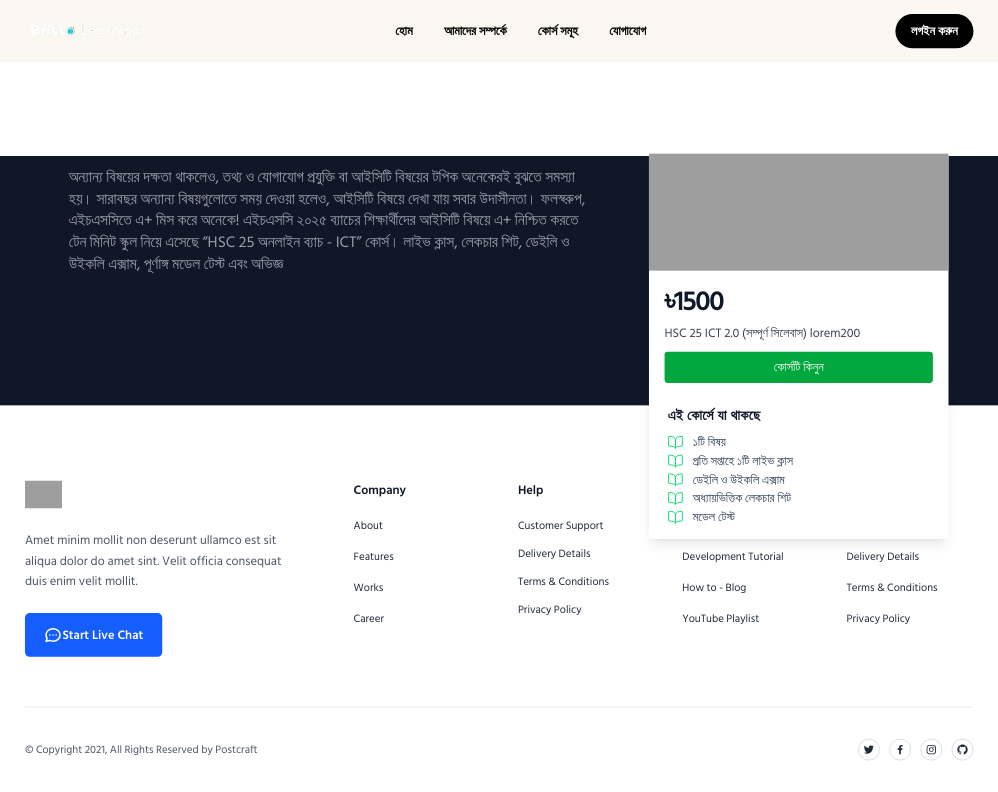
Repository: Ruddro420/course-selling
Page: /single-course
The author's editor kept a copy of each file at every save. The page is drawn from the files as they stood at one save, then again after the next save.
The browser window is 1280 px wide. The pictures show the whole page, at 78% of full size.
Pictures or frames that could not be fetched are drawn as grey boxes. The project was rebuilt for these pictures with package versions that can differ from the ones it lists, and the page was loaded fresh each time. Also part of the build but not shown: vite.config.js, src/components/AboutSection.jsx, src/components/ContactSection.jsx, src/components/CourseSection.jsx, src/components/Hero.jsx, src/components/TeamSection.jsx, src/components/WhyUsSection.jsx, src/pages/Home.jsx and 2 more.

Above is the page before, as saved 2025-02-06 03:28:07.

### index.html
<!doctype html>
<html lang="en">

<head>
  <meta charset="UTF-8" />
  <link rel="icon" type="image/svg+xml" href="/img/fav-icon.jpg" />
  <meta name="viewport" content="width=device-width, initial-scale=1.0" />
  <link rel="preconnect" href="https://fonts.googleapis.com">
  <link rel="preconnect" href="https://fonts.gstatic.com" crossorigin>
  <link href="https://fonts.googleapis.com/css2?family=Hind+Siliguri:wght@300;400;500;600;700&display=swap"
    rel="stylesheet">
  <title>Britto Learning</title>
</head>

<body>
  <div id="root"></div>
  <script type="module" src="/src/main.jsx"></script>
</body>

</html>

### src/main.jsx
import { StrictMode } from 'react'
import { createRoot } from 'react-dom/client'
import './index.css'
import {
  createBrowserRouter,
  RouterProvider,
} from "react-router-dom";
import Home from './pages/Home.jsx';
import MainLayout from './MainLayout/MainLayout.jsx';
import LoginPage from './pages/LoginPage.jsx';
import AuthPage from './pages/AuthPage.jsx';
import CoursePage from './pages/CoursePage.jsx';

const router = createBrowserRouter([
  {
    path: "/",
    element: <MainLayout />,
    children: [
      {
        path: '/',
        element: <Home />
      },
      {
        path: '/single-course',
        element: <CoursePage />
      }
    ]
  },
  {
    path: '/login',
    element: <LoginPage />
  },
  {
    path: '/register',
    element: <AuthPage />
  }
]);

createRoot(document.getElementById('root')).render(
  <StrictMode>
    <RouterProvider router={router} />
  </StrictMode>,
)

### src/index.css
@import "tailwindcss";
/* Hind Siliguri Font */
@import url('https://fonts.googleapis.com/css2?family=Hind+Siliguri:wght@300;400;500;600;700&display=swap');

/* Basic Setup */
body {
  font-family: "Hind Siliguri", serif!important;
}

### src/MainLayout/MainLayout.jsx
import { Outlet } from "react-router-dom";
import Header from "../components/Header";
import MainFooter from "../components/MainFooter";

const MainLayout = () => {
    return (
        <div>
            <Header />
            <Outlet />
            <MainFooter />
        </div>
    );
};

export default MainLayout;

### src/pages/CoursePage.jsx

import CourseHero from '../components/courseComponent/CourseHero';

const CoursePage = () => {
  return (
    <>
      <CourseHero />
    </>
  );
};

export default CoursePage;

### src/components/Header.jsx
import { Link } from "react-router-dom";

const Header = () => {
    return (
        <div>
            <header className="bg-[#FCF8F1] bg-opacity-30">
                <div className="px-4 mx-auto sm:px-6 lg:px-8">
                    <div className="flex items-center justify-between h-16 lg:h-20">
                        <div className="flex-shrink-0">
                            <a href="#" title="" className="flex">
                                <img className="w-auto h-8" src="../../img/logo.png" alt="" />
                            </a>
                        </div>

                        <button type="button" className="inline-flex p-2 text-black transition-all duration-200 rounded-md lg:hidden focus:bg-gray-100 hover:bg-gray-100">
                            {/*    <!-- Menu open: "hidden", Menu closed: "block" --> */}
                            <svg className="block w-6 h-6" xmlns="http://www.w3.org/2000/svg" fill="none" viewBox="0 0 24 24" stroke="currentColor">
                                <path strokeLinecap="round" strokeLinejoin="round" strokeWidth="2" d="M4 8h16M4 16h16"></path>
                            </svg>

                            {/*  <!-- Menu open: "block", Menu closed: "hidden" --> */}
                            <svg className="hidden w-6 h-6" xmlns="http://www.w3.org/2000/svg" fill="none" viewBox="0 0 24 24" stroke="currentColor">
                                <path strokeLinecap="round" strokeLinejoin="round" strokeWidth="2" d="M6 18L18 6M6 6l12 12"></path>
                            </svg>
                        </button>

                        <div className="hidden lg:flex lg:items-center lg:justify-center lg:space-x-10">
                            <a href="#" title="" className="text-base text-black transition-all duration-200 hover:text-opacity-80 font-bold"> হোম </a>

                            <a href="#" title="" className="text-base text-black transition-all duration-200 hover:text-opacity-80 font-bold"> আমাদের সম্পর্কে </a>

                            <a href="#" title="" className="text-base text-black transition-all duration-200 hover:text-opacity-80 font-bold"> কোর্স সমূহ </a>

                            <a href="#" title="" className="text-base text-black transition-all duration-200 hover:text-opacity-80 font-bold"> যোগাযোগ </a>
                        </div>

                        <Link to='/login' href="#" title="" className="hidden lg:inline-flex items-center justify-center px-5 py-2.5 text-base transition-all duration-200 hover:bg-yellow-300 hover:text-black focus:text-black focus:bg-yellow-300 font-semibold text-white bg-black rounded-full" role="button"> লগইন করুন </Link>
                    </div>
                </div>
            </header>
        </div>
    );
};

export default Header;

### src/components/courseComponent/CourseHero.jsx
import { IoBookOutline } from "react-icons/io5";

const CourseHero = () => {
  return (
    <div className="pt-[120px]">
      <div className="bg-gray-900 py-20 course-hero-section  h-80 flex items-center justify-between mx-auto p-4 ">
        <div className="container mx-auto mt-10 max-w-screen-xl md:px-12">
          <div className="flex flex-col course-hero md:flex-row md:gap-12">

            <div className="md:w-1/2 lg:w-2/3 pt-20 px-6 flex-grow hero-cards">
              <h1 className=" md:text-4xl text-xl text-white font-bold mb-6">
                HSC 25 অনলাইন ব্যাচ - ICT 2.0
              </h1>
              <p className="text-md md:text-xl lg:text-xl text-gray-400 mb-8">
                অন্যান্য বিষয়ের দক্ষতা থাকলেও, তথ্য ও যোগাযোগ প্রযুক্তি বা
                আইসিটি বিষয়ের টপিক অনেকেরই বুঝতে সমস্যা হয়। সারাবছর অন্যান্য
                বিষয়গুলোতে সময় দেওয়া হলেও, আইসিটি বিষয়ে দেখা যায় সবার উদাসীনতা।
                ফলস্বরুপ, এইচএসসিতে এ+ মিস করে অনেকে! এইচএসসি ২০২৫ ব্যাচের
                শিক্ষার্থীদের আইসিটি বিষয়ে এ+ নিশ্চিত করতে টেন মিনিট স্কুল নিয়ে
                এসেছে “HSC 25 অনলাইন ব্যাচ - ICT” কোর্স। লাইভ ক্লাস, লেকচার শিট,
                ডেইলি ও উইকলি এক্সাম, পূর্ণাঙ্গ মডেল টেস্ট এবং অভিজ্ঞ
              </p>
            </div>

            <div className="md:w-1/2 lg:w-1/3 z-40  pt-20  md:mt-12  flex-shrink-0 hero-cards hero-cards2">
              <div className="max-w-md pb-4  bg-white  border-gray-200 dark:bg-gray-800 dark:border-gray-700  shadow-lg main-card">
                <a href="#">
                  <iframe
                    className="w-full card-vedio"
                    src="https://www.youtube.com/embed/IjlYXtI2-GU?si=gBJ8wmkM5Jta3u4m"
                    title="YouTube video player"
                    frameBorder="0"
                    allow="accelerometer; autoplay; clipboard-write; encrypted-media; gyroscope; picture-in-picture; web-share"
                    referrerPolicy="strict-origin-when-cross-origin"
                    allowFullScreen
                  ></iframe>
                </a>
                {/* Fee-container */}
                <div className="suggestion-pricing dark:text-white">
                  <div className="p-5">
                    <a href="#">
                      <h5 className="mb-2 text-2xl font-bold tracking-tight text-gray-900 dark:text-white">
                        <span className="text-4xl font-semibold text-slate-900 tracking-tighter">
                          ৳1500
                        </span>
                      </h5>
                    </a>
                    <p className="mb-3 font-normal dark:text-white text-gray-700">
                      HSC 25 ICT 2.0 (সম্পূর্ণ সিলেবাস) lorem200
                    </p>
                    <button className="bg-green-600 whitespace-nowrap text-center md:w-full w-full rounded py-2 lg:py-2 text-white ">
                      কোর্সটি কিনুন
                    </button>
                  </div>

                  <div className="">
                    <h3 className="text-lg  font-bold text-slate-900 tracking-wide uppercase px-6 py-2">
                      এই কোর্সে যা থাকছে
                    </h3>
                    <li className="flex space-x-3 items-center px-6">
                      <IoBookOutline className="flex-shrink-0  h-5 w-5 text-green-400" />
                      <span className="text-base text-slate-700">১টি বিষয়</span>
                    </li>
                    <li className="flex space-x-3 items-center px-6">
                      <IoBookOutline className="flex-shrink-0  h-5 w-5 text-green-400" />
                      <span className="text-base text-slate-700">
                        প্রতি সপ্তাহে ১টি লাইভ ক্লাস
                      </span>
                    </li>
                    <li className="flex space-x-3 items-center px-6">
                      <IoBookOutline className="flex-shrink-0  h-5 w-5 text-green-400" />
                      <span className="text-base text-slate-700">
                        ডেইলি ও উইকলি এক্সাম
                      </span>
                    </li>
                    <li className="flex space-x-3 items-center px-6">
                      <IoBookOutline className="flex-shrink-0  h-5 w-5 text-green-400" />
                      <span className="text-base text-slate-700">
                        অধ্যায়ভিত্তিক লেকচার শিট
                      </span>
                    </li>
                    <li className="flex space-x-3 items-center px-6">
                      <IoBookOutline className="flex-shrink-0  h-5 w-5 text-green-400" />
                      <span className="text-base text-slate-700">
                        মডেল টেস্ট
                      </span>
                    </li>
                  </div>
                </div>
              </div>
            </div>


          </div>
        </div>
      </div>
    </div>
  );
};

export default CourseHero;

Loaded but not shown: src/components/MainFooter.jsx (182 lines, source omitted)

After the next save:
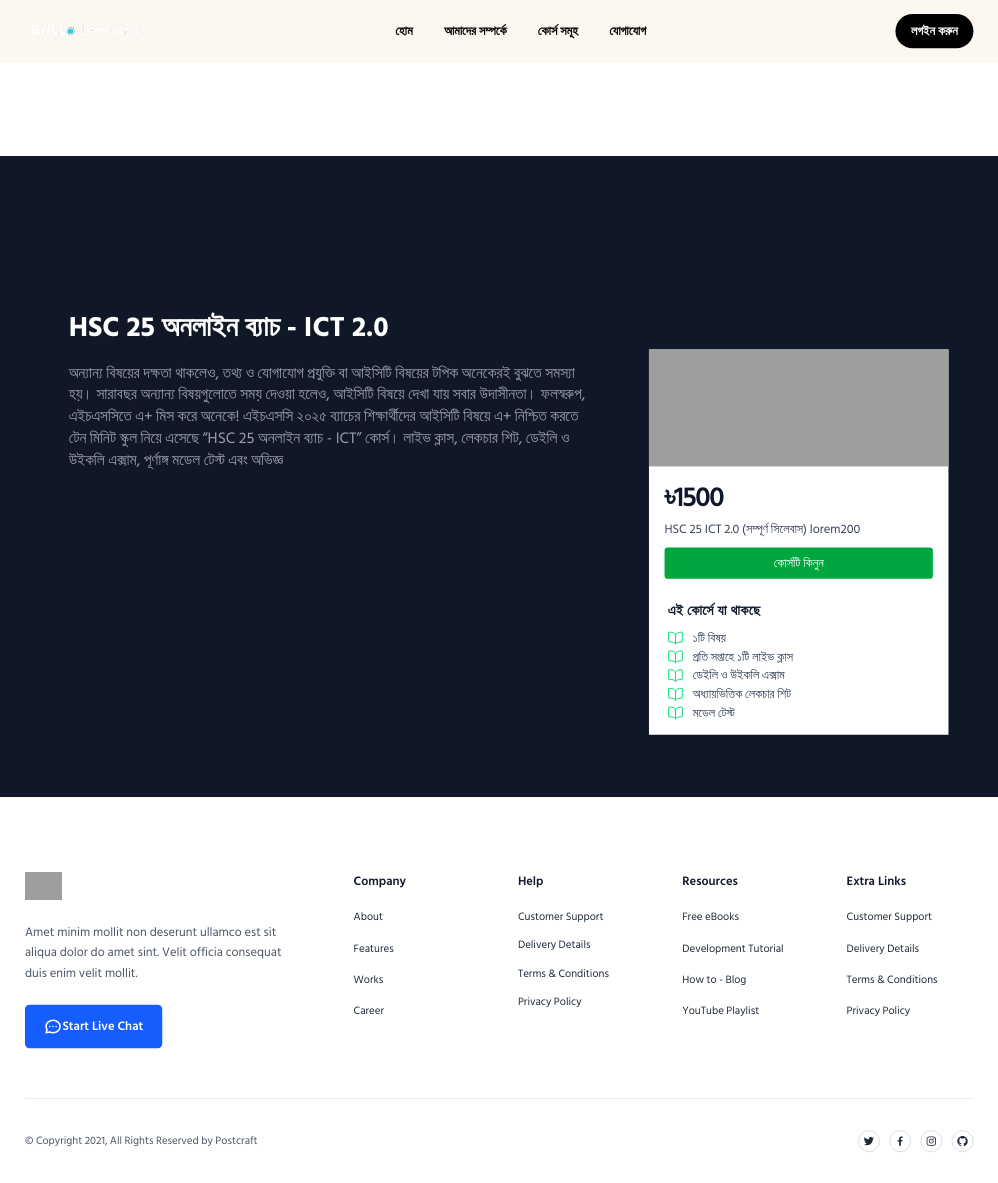
Saved 38 s later.
--- a/src/components/courseComponent/CourseHero.jsx
+++ b/src/components/courseComponent/CourseHero.jsx
@@ -3,7 +3,7 @@ import { IoBookOutline } from "react-icons/io5";
 const CourseHero = () => {
   return (
     <div className="pt-[120px]">
-      <div className="bg-gray-900 py-20 course-hero-section  h-80 flex items-center justify-between mx-auto p-4 ">
+      <div className="bg-gray-900 py-20 course-hero-section  flex items-center justify-between mx-auto p-4 ">
         <div className="container mx-auto mt-10 max-w-screen-xl md:px-12">
           <div className="flex flex-col course-hero md:flex-row md:gap-12">
 
